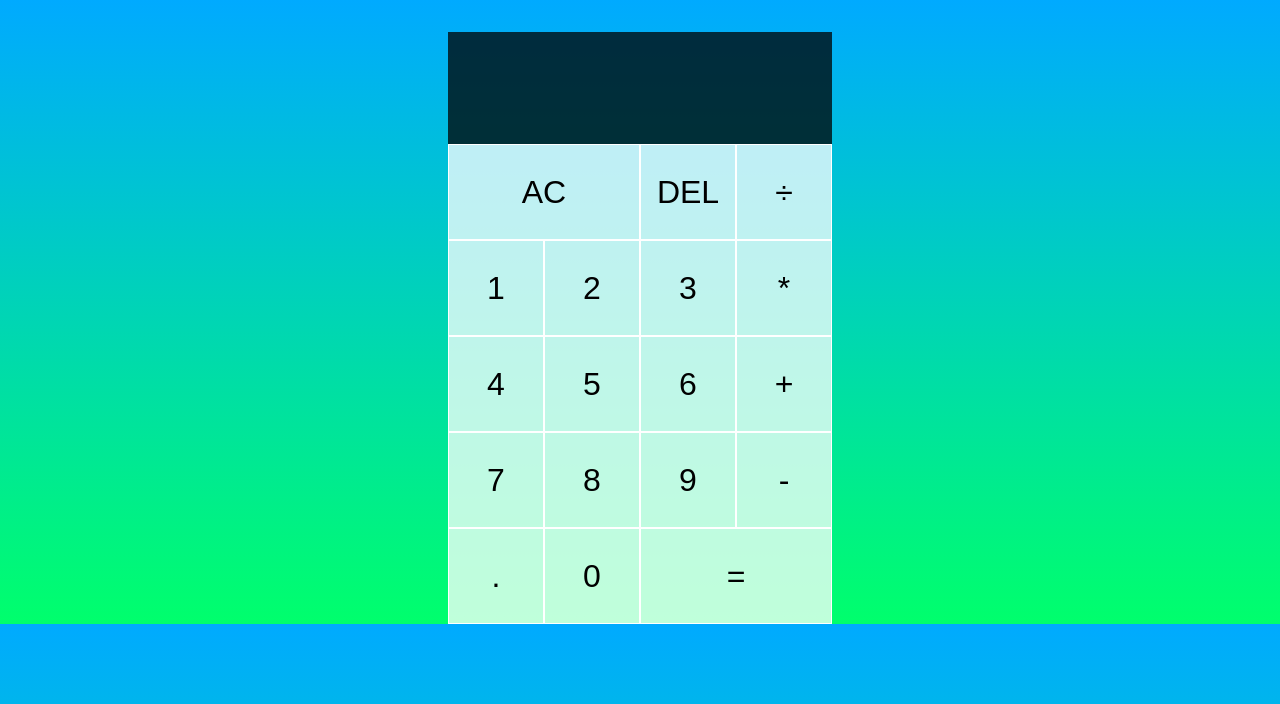
Repository: Ellisvelandia/Calculator
Page: /
The author's editor kept a copy of each file at every save. The page is drawn from the files as they stood at one save, then again after a run of saves.
The browser window is 1280 px wide. The pictures show the whole page.
The project was rebuilt for these pictures with package versions that can differ from the ones it lists, and the page was loaded fresh each time. Also part of the build but not shown: src/index.css.

Above is the page before, as saved 2022-08-16 12:00:03.

### src/App.js
import { useReducer } from "react";
import DigitButton from "./DigitButton";
import OperationButton from "./OperationButton";
import "./App.css";

export const ACTIONS = {
  ADD_DIGIT: "add-digit",
  CHOOSE_OPERATION: "choose-operation",
  CLEAR: "clear",
  DELETE_DIGIT: "delete-digit",
  EVALUATE: "evaluate",
};

function reducer(state, { type, payload }) {
  switch (type) {
    case ACTIONS.ADD_DIGIT:

      if (payload.digit === "0" && state.currentOperand === "0") {
        return state;
      }
      if (payload.digit === "." && state.currentOperand.includes(".")) {
        return state;
      }

      return {
        ...state,
        currentOperand: `${state.currentOperand || ""}${payload.digit}`,
      };
    case ACTIONS.CLEAR:
      return {};
  }
}

function App() {
  const [{ currentOperand, previousOperand, operation }, dispatch] = useReducer(
    reducer,
    {}
  );

  // dispatch({ type: ACTIONS.ADD_DIGIT, payload: { digit: 1 } });

  return (
    <div className="calculator-grid">
      <div className="output">
        <div className="previous-operand">
          {previousOperand} {operation}
        </div>
        <div className="current-operand">{currentOperand}</div>
      </div>
      <button
        className="span-two"
        onClick={() => dispatch({ type: ACTIONS.CLEAR })}
      >
        AC
      </button>
      <button>DEL</button>

      <OperationButton operation="÷" dispatch={dispatch} />
      <DigitButton digit="1" dispatch={dispatch} />
      <DigitButton digit="2" dispatch={dispatch} />
      <DigitButton digit="3" dispatch={dispatch} />
      <OperationButton operation="*" dispatch={dispatch} />

      <DigitButton digit="4" dispatch={dispatch} />
      <DigitButton digit="5" dispatch={dispatch} />
      <DigitButton digit="6" dispatch={dispatch} />
      <OperationButton operation="+" dispatch={dispatch} />

      <DigitButton digit="7" dispatch={dispatch} />
      <DigitButton digit="8" dispatch={dispatch} />
      <DigitButton digit="9" dispatch={dispatch} />
      <OperationButton operation="-" dispatch={dispatch} />

      <DigitButton digit="." dispatch={dispatch} />
      <DigitButton digit="0" dispatch={dispatch} />
      <button className="span-two">=</button>
    </div>
  );
}

export default App;

### src/App.css
*,
* ::before,
*::after {
  box-sizing: border-box;
}

body {
  margin: 0;
  background: linear-gradient(#00aaff, #00ff6c);
}

.calculator-grid {
  display: grid;
  margin-top: 2rem;
  justify-content: center;
  grid-template-columns: repeat(4, 6rem);
  grid-template-rows: minmax(7rem, auto) repeat(5, 6rem);
}

.calculator-grid > button {
  cursor: pointer;
  font-size: 2rem;
  border: 1px solid white;
  outline: none;
  background: rgba(255, 255, 255, 0.75);
}

.calculator-grid > button:hover,
.calculator-grid > button:focus {
  background-color: rgba(255, 255, 255, 0.9);
}

.span-two {
  grid-column: span 2;
}

.output {
  grid-column: 1 / -1;
  background-color: rgba(0, 0, 0, 0.75);
  display: flex;
  flex-direction: column;
  align-items: flex-end;
  justify-content: space-around;
  padding: 0.75rem;
  word-break: break-all;
}

.output .previous-operand {
  color: rgba(255, 255, 255, 0.75);
  font-size: 1.5rem;
}

.output .current-operand {
  color: white;
  font-size: 2.5rem;
}

Loaded but not shown: public/index.html (common file); src/index.js (common file); src/reportWebVitals.js (common file); src/DigitButton.js (common file); src/OperationButton.js (common file)

After the next 3 saves:
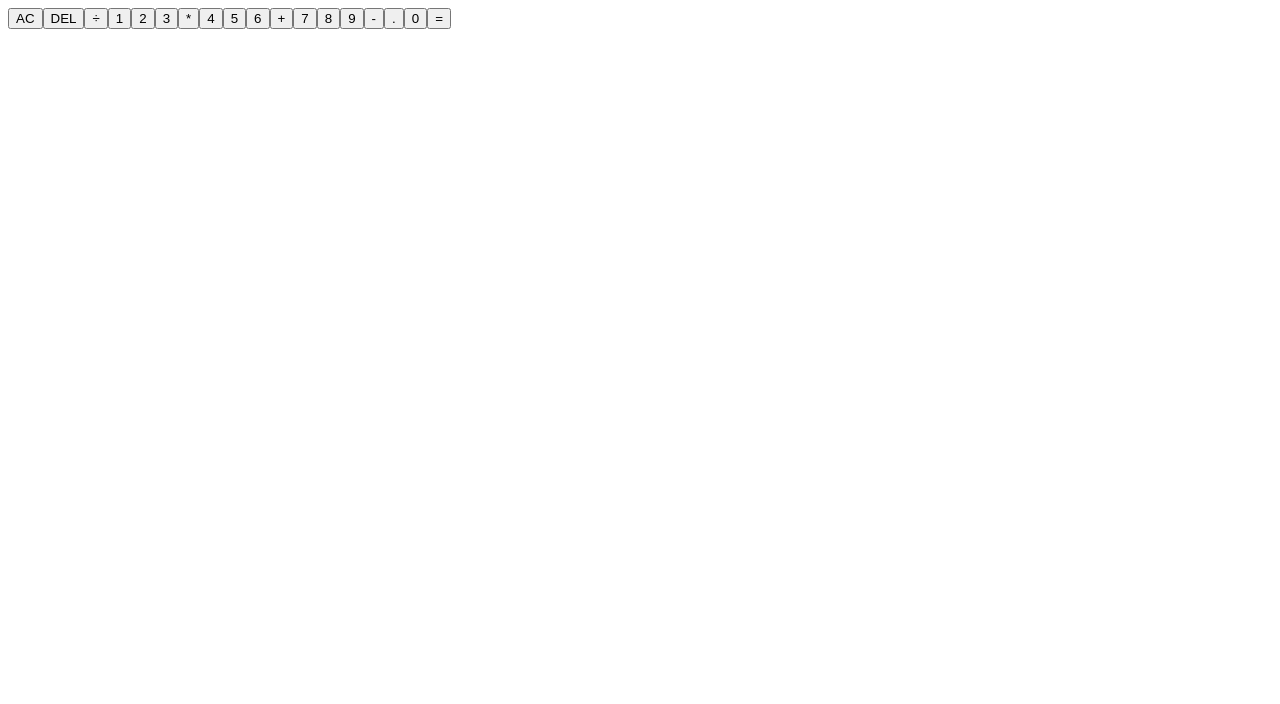
The 3 saves are shown as one change because 2 did not build or start.
The last was saved 6 min 41 s later.
--- a/src/App.js
+++ b/src/App.js
@@ -1,7 +1,7 @@
-import { useReducer } from "react";
-import DigitButton from "./DigitButton";
-import OperationButton from "./OperationButton";
-import "./App.css";
+import { useReducer } from "react"
+import DigitButton from "./DigitButton"
+import OperationButton from "./OperationButton"
+import "./"
 
 export const ACTIONS = {
   ADD_DIGIT: "add-digit",
@@ -9,43 +9,140 @@
   CLEAR: "clear",
   DELETE_DIGIT: "delete-digit",
   EVALUATE: "evaluate",
-};
+}
 
 function reducer(state, { type, payload }) {
   switch (type) {
     case ACTIONS.ADD_DIGIT:
-
+      if (state.overwrite) {
+        return {
+          ...state,
+          currentOperand: payload.digit,
+          overwrite: false,
+        }
+      }
       if (payload.digit === "0" && state.currentOperand === "0") {
-        return state;
+        return state
       }
       if (payload.digit === "." && state.currentOperand.includes(".")) {
-        return state;
+        return state
       }
 
       return {
         ...state,
         currentOperand: `${state.currentOperand || ""}${payload.digit}`,
-      };
+      }
+    case ACTIONS.CHOOSE_OPERATION:
+      if (state.currentOperand == null && state.previousOperand == null) {
+        return state
+      }
+
+      if (state.currentOperand == null) {
+        return {
+          ...state,
+          operation: payload.operation,
+        }
+      }
+
+      if (state.previousOperand == null) {
+        return {
+          ...state,
+          operation: payload.operation,
+          previousOperand: state.currentOperand,
+          currentOperand: null,
+        }
+      }
+
+      return {
+        ...state,
+        previousOperand: evaluate(state),
+        operation: payload.operation,
+        currentOperand: null,
+      }
     case ACTIONS.CLEAR:
-      return {};
+      return {}
+    case ACTIONS.DELETE_DIGIT:
+      if (state.overwrite) {
+        return {
+          ...state,
+          overwrite: false,
+          currentOperand: null,
+        }
+      }
+      if (state.currentOperand == null) return state
+      if (state.currentOperand.length === 1) {
+        return { ...state, currentOperand: null }
+      }
+
+      return {
+        ...state,
+        currentOperand: state.currentOperand.slice(0, -1),
+      }
+    case ACTIONS.EVALUATE:
+      if (
+        state.operation == null ||
+        state.currentOperand == null ||
+        state.previousOperand == null
+      ) {
+        return state
+      }
+
+      return {
+        ...state,
+        overwrite: true,
+        previousOperand: null,
+        operation: null,
+        currentOperand: evaluate(state),
+      }
   }
+}
+
+function evaluate({ currentOperand, previousOperand, operation }) {
+  const prev = parseFloat(previousOperand)
+  const current = parseFloat(currentOperand)
+  if (isNaN(prev) || isNaN(current)) return ""
+  let computation = ""
+  switch (operation) {
+    case "+":
+      computation = prev + current
+      break
+    case "-":
+      computation = prev - current
+      break
+    case "*":
+      computation = prev * current
+      break
+    case "÷":
+      computation = prev / current
+      break
+  }
+
+  return computation.toString()
+}
+
+const INTEGER_FORMATTER = new Intl.NumberFormat("en-us", {
+  maximumFractionDigits: 0,
+})
+function formatOperand(operand) {
+  if (operand == null) return
+  const [integer, decimal] = operand.split(".")
+  if (decimal == null) return INTEGER_FORMATTER.format(integer)
+  return `${INTEGER_FORMATTER.format(integer)}.${decimal}`
 }
 
 function App() {
   const [{ currentOperand, previousOperand, operation }, dispatch] = useReducer(
     reducer,
     {}
-  );
-
-  // dispatch({ type: ACTIONS.ADD_DIGIT, payload: { digit: 1 } });
+  )
 
   return (
     <div className="calculator-grid">
       <div className="output">
         <div className="previous-operand">
-          {previousOperand} {operation}
+          {formatOperand(previousOperand)} {operation}
         </div>
-        <div className="current-operand">{currentOperand}</div>
+        <div className="current-operand">{formatOperand(currentOperand)}</div>
       </div>
       <button
         className="span-two"
@@ -53,29 +150,32 @@
       >
         AC
       </button>
-      <button>DEL</button>
-
+      <button onClick={() => dispatch({ type: ACTIONS.DELETE_DIGIT })}>
+        DEL
+      </button>
       <OperationButton operation="÷" dispatch={dispatch} />
       <DigitButton digit="1" dispatch={dispatch} />
       <DigitButton digit="2" dispatch={dispatch} />
       <DigitButton digit="3" dispatch={dispatch} />
       <OperationButton operation="*" dispatch={dispatch} />
-
       <DigitButton digit="4" dispatch={dispatch} />
       <DigitButton digit="5" dispatch={dispatch} />
       <DigitButton digit="6" dispatch={dispatch} />
       <OperationButton operation="+" dispatch={dispatch} />
-
       <DigitButton digit="7" dispatch={dispatch} />
       <DigitButton digit="8" dispatch={dispatch} />
       <DigitButton digit="9" dispatch={dispatch} />
       <OperationButton operation="-" dispatch={dispatch} />
-
       <DigitButton digit="." dispatch={dispatch} />
       <DigitButton digit="0" dispatch={dispatch} />
-      <button className="span-two">=</button>
+      <button
+        className="span-two"
+        onClick={() => dispatch({ type: ACTIONS.EVALUATE })}
+      >
+        =
+      </button>
     </div>
-  );
+  )
 }
 
-export default App;
+export default App

After the 3 saves that followed:
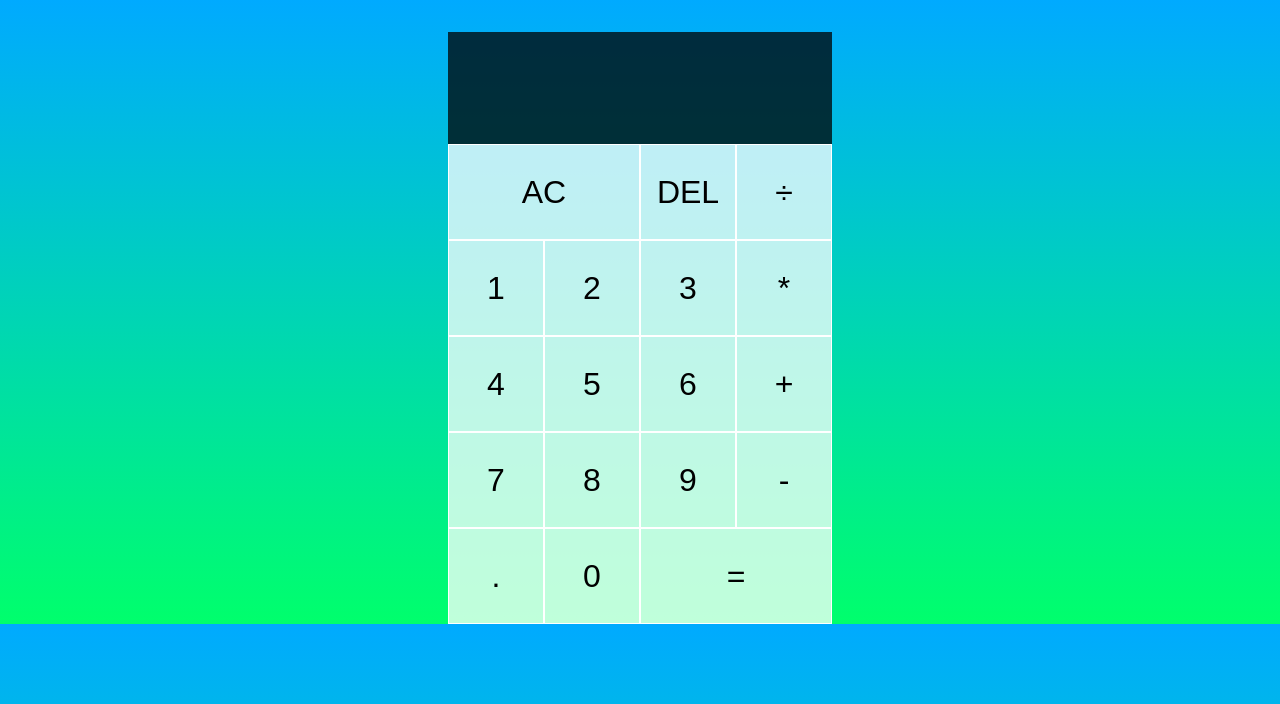
The 3 saves are shown as one change because 1 did not build or start and 1 left the picture as it was.
The last was saved 65 s later.
--- a/src/App.js
+++ b/src/App.js
@@ -1,7 +1,7 @@
 import { useReducer } from "react"
 import DigitButton from "./DigitButton"
 import OperationButton from "./OperationButton"
-import "./"
+import "./App.css"
 
 export const ACTIONS = {
   ADD_DIGIT: "add-digit",
